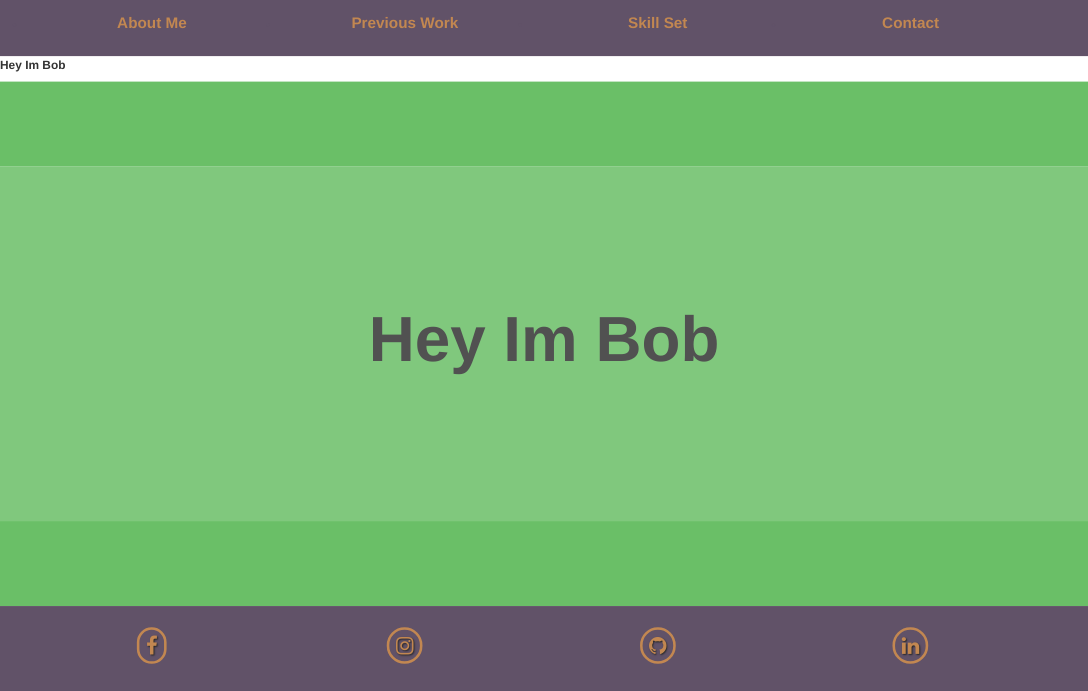
Repository: Rang3rDang3r/Portfolio
Page: main.html
The author's editor kept a record of every edit. The page is drawn from the files as they stood at one moment, then again after the next edit.
The browser window is 1280 px wide. The pictures show the whole page, at 85% of full size.

Above is the page before.

After the next edit:
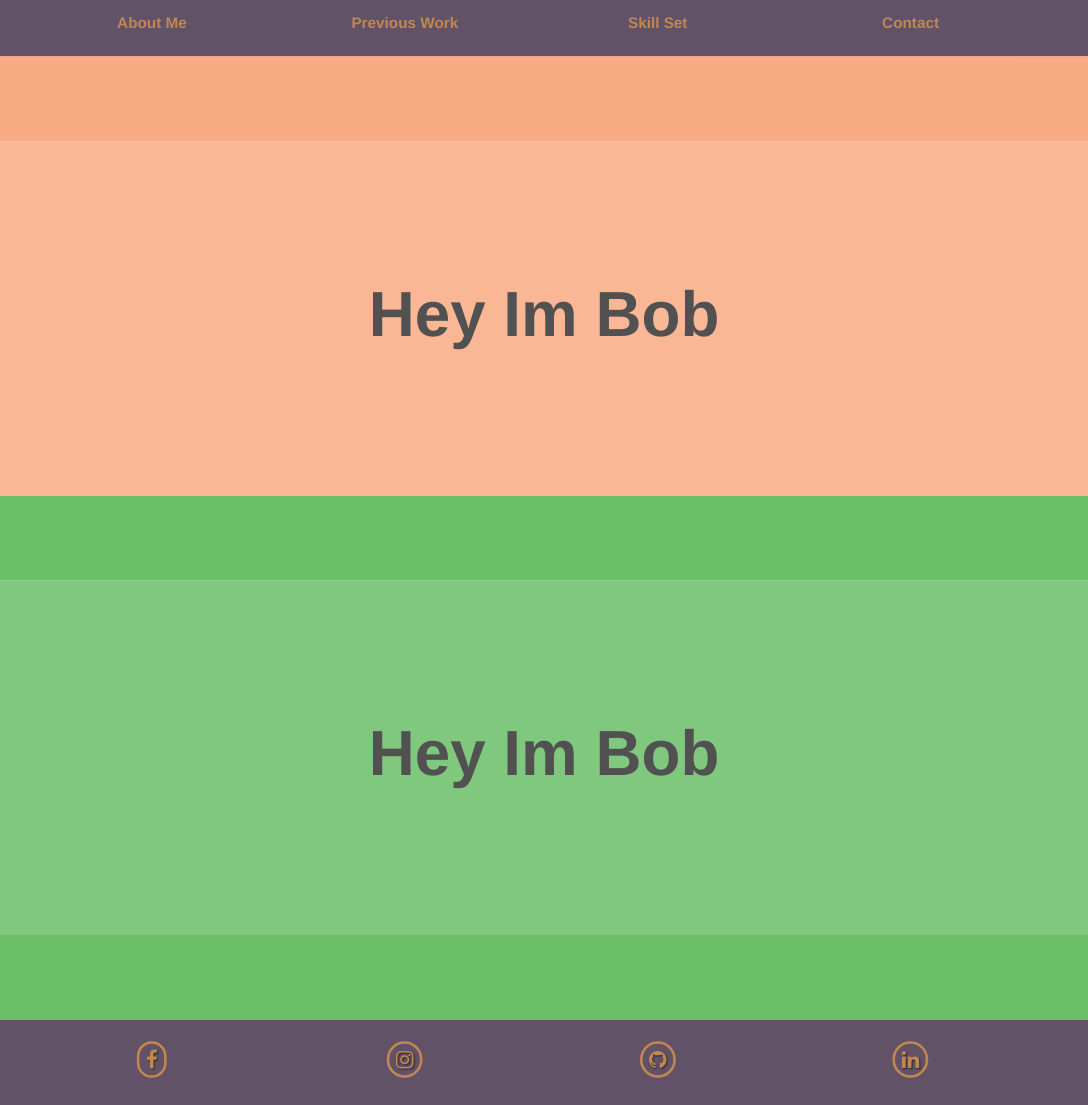
The edit:
--- a/main.html
+++ b/main.html
@@ -43,8 +43,8 @@
 
     <!-- About Me -->
     <section>
-        <div class="eton-blue-b"></div>
-            <div class="eton-blue">
+        <div class="vivid-tangerine-b"></div>
+            <div class="vivid-tangerine">
                 <p><strong>Hey Im Bob</strong></p>
             </div>
         <div class="eton-blue-b"></div>
